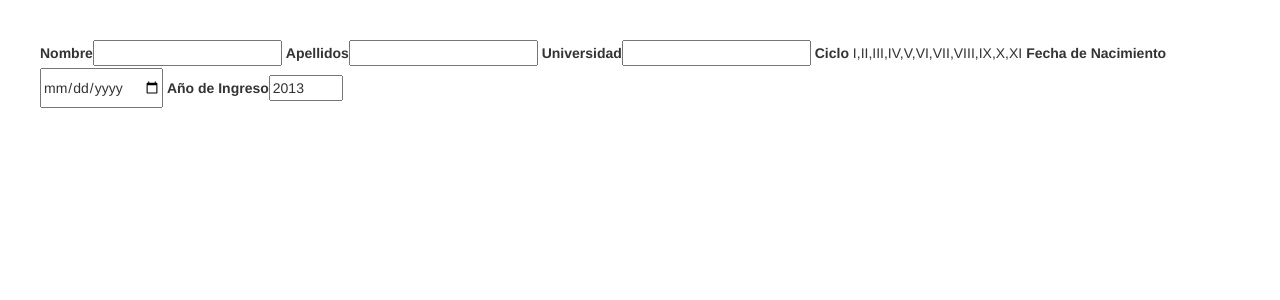
Repository: yoshitomimaehara/sdpa
Page: http://localhost/Sistema_de_Pruebas_Academicas/alumno_insertar.jsp
These files come from the project's save history. The page is drawn as it stood at one moment and after the next save; the edit follows.
The browser window is 1280 px wide. The pictures show the whole page.
The page is served by Tomcat 9. Other server files are loaded and not shown.

Above is the page before, as saved 2013-10-06 22:06:15.
Console error: TypeError: $(...).alert is not a function

### Web/Sistema de Pruebas Academicas/Sistema de Pruebas Academicas/WebContent/alumno_insertar.jsp
<%@ page language="java" contentType="text/html; charset=ISO-8859-1"
    pageEncoding="ISO-8859-1"%>
<!DOCTYPE html>
<html>
<head>
<title></title>
<link rel="stylesheet" type="text/css" href="css\styles.css"/>
<link rel="stylesheet" href="css\bootstrap.min.css">
<script src="js\jquery.js"></script>
<script src="js\scripts.js"></script>

</head>
<body>
	<form>
		<label>Nombre</label><input type="text" />
		<label>Apellidos</label><input type="text"/>
		<label>Universidad</label><input type="text"/>
		<label>Ciclo</label>
		<c:set var="ciclos">I,II,III,IV,V,VI,VII,VIII,IX,X,XI</c:set>
		<c:forEach items="${ciclos}" delims="," var="ciclo_letra">
		<c:out value="${ciclo_letra}\n"></c:out>
		</c:forEach>
		<label>Fecha de Nacimiento</label><input type="date"/>
		<label>Año de Ingreso</label><input type="number" min="2000" max="2013" value="2013">
	</form>
</body>
</html>

### Web/Sistema de Pruebas Academicas/Sistema de Pruebas Academicas/WebContent/css/styles.css
/*
Nombre:styles.css
Descripcion:Hoja de Estilos
Autores:Yoshitomi Maehara/Liliana Gonzales
Email:
*/
/* universal */
*{
}

/*etiquetas*/
body{
	padding:40px;
}

/* identificadores */
#ingresar{
	background-color: #5162F6;
	color:white;
}

#ingresar:hover{
	background-color: white;
	color:black;

}

#link_contrasenia{
	text-decoration:none;
}

#link_contrasenia:hover{
	text-decoration:none;
}

#academico{
	padding:10px;
	clear: none;
}

#academico:hover{
	display:block;
	padding:10px;
}

/* clases */
.cabecera_index{
  padding:0.8em;
  text-align:center;
  margin: 1em;
}

.login_index{
   border:solid 1px;
   -webkit-border-radius: 8px;
   -moz-border-radius: 8px;
   border-radius: 8px;

}

.alerta{

}

.pie_index{
	height:3em;
	padding:0.5em;
}

.menu_panel{

}
.menu_lista{
	list-style-type:none;
}

.menu_lista li{
	display:inline-block;
	padding:10px;
}

.imagen{
	padding:1em;
	height:30em;
	width:30em;
}

.contenedor{
	border:1px solid #A4A4A4;
	height:30em;
	-webkit-border-radius: 8px;
   	-moz-border-radius: 8px;
   	border-radius: 8px;
   	background-color:#F2F2F2;
}

.contenido_dentro{
	background-color:#F2F2F2;
	border:1px solid #A4A4A4;
	height:30em;
	-webkit-border-radius: 8px;
   	-moz-border-radius: 8px;
   	border-radius: 8px;
}

.menu_dentro{
	background-color:#F2F2F2;
	border:1px solid #A4A4A4;
	height:10em;
	-webkit-border-radius: 8px;
   	-moz-border-radius: 8px;
   	border-radius: 8px;
}

### Web/Sistema de Pruebas Academicas/Sistema de Pruebas Academicas/WebContent/js/scripts.js
/**
 * Nombre:script.js
 * Descripcion: Funciones JavaScript/JQuery
 * Autores:Yoshitomi Maehara/Liliana Gonzales
 * Email:
 */



$(document).ready(function(){
	$().alert();
});

$(function(){
	$('.accesos').click(function(e){
		e.preventDefault();
		$('#main').load($(this).attr('href'));
	});
});

$(function(){
	$('.enlaces').click(function(e){
		e.preventDefault();
		$('#contenido').load($(this).attr('href'));
	});
});

Loaded but not shown: Web/Sistema de Pruebas Academicas/Sistema de Pruebas Academicas/WebContent/css/bootstrap.min.css (library); Web/Sistema de Pruebas Academicas/Sistema de Pruebas Academicas/WebContent/js/jquery.js (library)

After the next save:
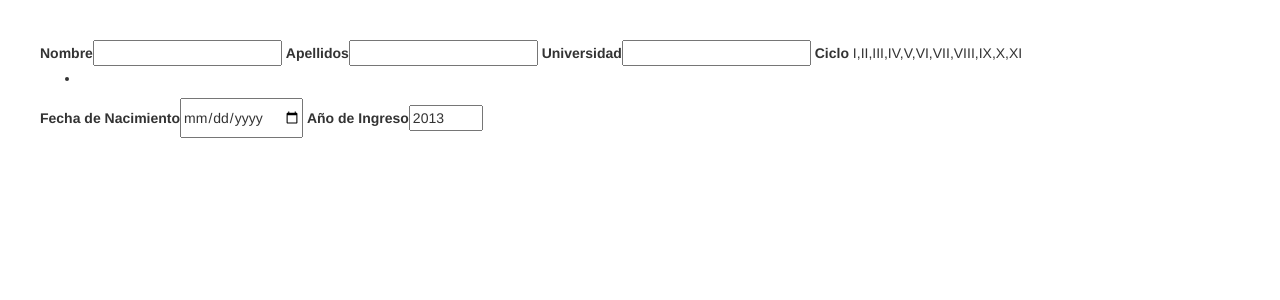
Saved 70 s later.
--- a/Web/Sistema de Pruebas Academicas/Sistema de Pruebas Academicas/WebContent/alumno_insertar.jsp
+++ b/Web/Sistema de Pruebas Academicas/Sistema de Pruebas Academicas/WebContent/alumno_insertar.jsp
@@ -18,7 +18,9 @@
 		<label>Ciclo</label>
 		<c:set var="ciclos">I,II,III,IV,V,VI,VII,VIII,IX,X,XI</c:set>
 		<c:forEach items="${ciclos}" delims="," var="ciclo_letra">
-		<c:out value="${ciclo_letra}\n"></c:out>
+		<ul>
+		<li><c:out value="${ciclo_letra}"></c:out></li>
+		</ul>
 		</c:forEach>
 		<label>Fecha de Nacimiento</label><input type="date"/>
 		<label>Año de Ingreso</label><input type="number" min="2000" max="2013" value="2013">
